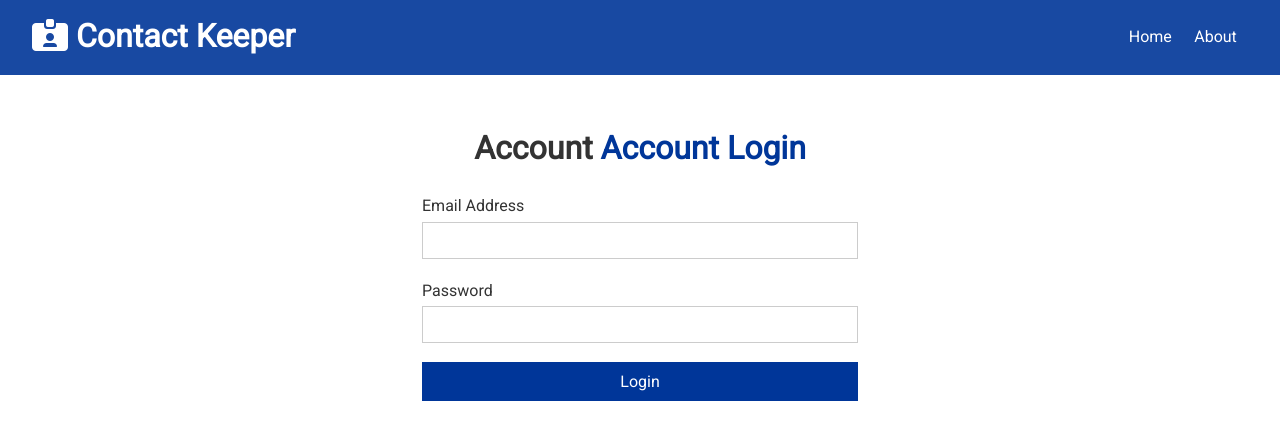
Repository: mjcanon4/contact-keeper
Page: /login (app in client/)
The author's editor kept a copy of each file at every save. The page is drawn from the files as they stood at one save, then again after the next save.
The browser window is 1280 px wide. The pictures show the whole page.
Some web libraries are served in a nearby version. The project was rebuilt for these pictures with package versions that can differ from the ones it lists, and the page was loaded fresh each time. A package was used in the major version that the imports need, not the one package.json lists. Also part of the build but not shown: client/src/components/contacts/ContactItem.js, client/src/components/contacts/Contacts.js, client/src/components/contacts/ContactForm.js, client/src/components/contacts/ContactFilter.js, client/src/components/pages/Home.js, client/src/components/pages/About.js, client/src/components/auth/Register.js.

Above is the page before, as saved 2021-08-30 12:42:57.

After the next save:
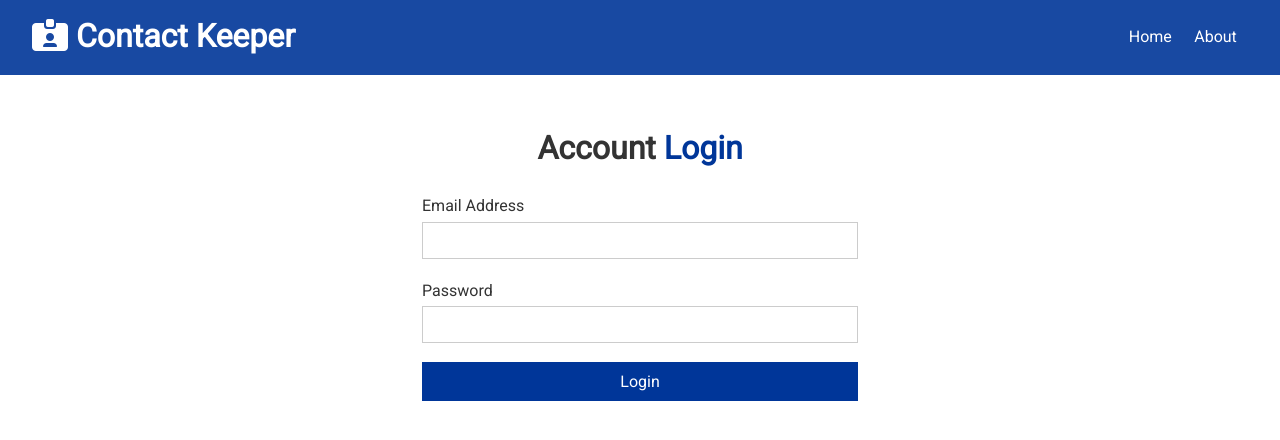
Saved 55 s later.
--- a/client/src/components/auth/Login.js
+++ b/client/src/components/auth/Login.js
@@ -19,7 +19,7 @@ const Login = () => {
   return (
     <div className="form-container">
       <h1>
-        Account <span className="text-primary">Account Login</span>
+        Account <span className="text-primary">Login</span>
       </h1>
       <form onSubmit={onSubmit}>
         <div className="form-group">
